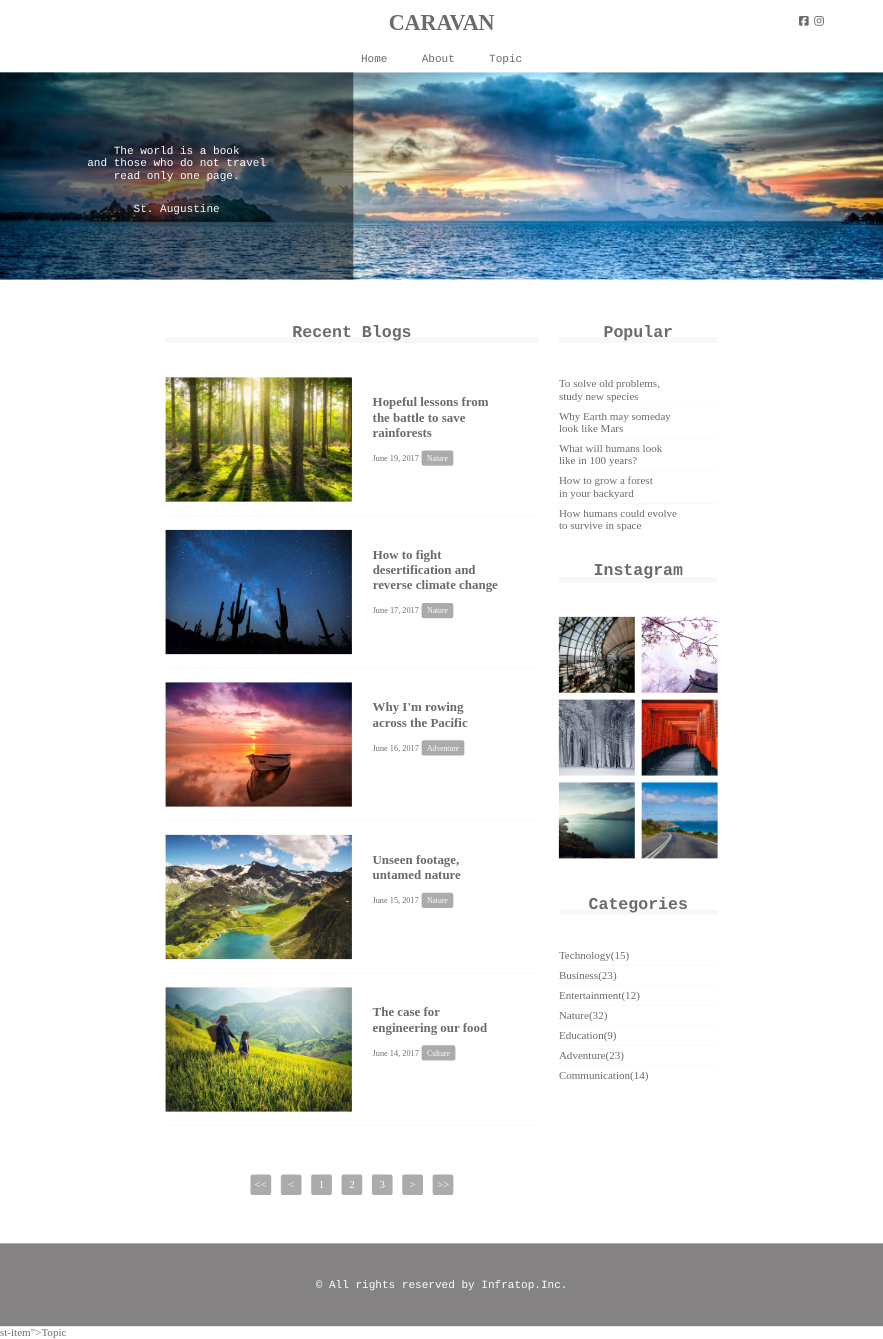
Repository: ayakodesu/html-practice
Page: caravan/index.html
The author's editor kept a record of every edit. The page is drawn from the files as they stood at one moment, then again after the next edit.
The browser window is 1280 px wide. The pictures show the whole page, at 69% of full size.
Some web libraries are served in a nearby version.

Above is the page before.

### caravan/index.html
<!DOCTYPE html>
<html lang="ja">
  <head>
    <meta charset="UTF-8" />
    <!-- CSSファイルの読み込み -->
    <script src="https://kit.fontawesome.com/c4250438e1.js" crossorigin="anonymous"></script>
    <link rel="stylesheet" href="style.css" />
    <title>CARAVAN</title>
  </head>

  <body>
    <!-- header -->
    <header>
      <h1 class="heading">
        <a href="index.html">
          CARAVAN
        </a>
      </h1>

      <div class="social">

       <li class="fab fa-facebook-square"></li>

       <li class="fab fa-twitter-swuare"></li>

       <li class="fab fa-instagram"></li>

      </div>
    </header>

    <!-- navigation -->
    <nav>
      <ul class="nav-list">
        <li class="nav-list-item">
          <a href="index.html">Home</a>
        </li>
        <li class="nav-list-item">About</li>
        <li class="nav-list-item">Topic</li>
      </ul>
    </nav>

    <!-- main-visual用のdiv -->
    <div class="main-visual">
      <div class="main-visual-content">
        <p class="main-visual-text">
          The world is a book<br />
          and those who do not travel<br />
          read only one page.
        </p>
        <p class="main-visual-name">
          St. Augustine
        </p>
      </div>
    </div>

    <!-- main用のdiv -->
    <main>
      <section class="blog">
        <h2 class="blog-heading">Recent Blogs</h2>
        <div class="blog-box">
          <div class="blog-item">
            <img class="blog-image" src="img/forest.jpg" />
            <section class="blog-text">
              <h3 class="blog-text-heading">
                <a href="single.html">
                  Hopeful lessons from<br />
                  the battle to save<br />
                  rainforests
                </a>
              </h3>
              <p class="blog-date">June 19, 2017</p>
              <span class="category">Nature</span>
            </section>
          </div>
          <div class="blog-item">
            <img class="blog-image" src="img/desert.jpg" />
            <section class="blog-text">
              <h3 class="blog-text-heading">
                <a href="single.html">
                  How to fight<br />
                  desertification and<br />
                  reverse climate change
                </a>
              </h3>
              <p class="blog-date">June 17, 2017</p>
              <span class="category">Nature</span>
            </section>
          </div>
          <div class="blog-item">
            <img class="blog-image" src="img/sunset.jpg" />
            <section class="blog-text">
              <h3 class="blog-text-heading">
                <a href="single.html">
                  Why I'm rowing<br />
                  across the Pacific
                </a>
              </h3>
              <p class="blog-date">June 16, 2017</p>
              <span class="category">Adventure</span>
            </section>
          </div>
          <div class="blog-item">
            <img class="blog-image" src="img/italy.jpg" />
            <section class="blog-text">
              <h3 class="blog-text-heading">
                <a href="single.html">
                  Unseen footage,<br />
                  untamed nature
                </a>
              </h3>
              <p class="blog-date">June 15, 2017</p>
              <span class="category">Nature</span>
            </section>
          </div>
          <div class="blog-item">
            <img class="blog-image" src="img/asia.jpg" />
            <section class="blog-text">
              <h3 class="blog-text-heading">
                <a href="single.html">
                  The case for<br />
                  engineering our food
                </a>
              </h3>
              <p class="blog-date">June 14, 2017</p>
              <span class="category">Culture</span>
            </section>
          </div>
        </div>
        <div class="pagination">
          <p><<</p>
          <p><</p>
          <p>1</p>
          <p>2</p>
          <p>3</p>
          <p>></p>
          <p>>></p>
        </div>      </section>
      <div class="sidebar">
        <section class="popular">
          <h2 class="popular-heading common-heading">Popular</h2>
          <div class="sidebar-contents">
            <p class="popular-text">
              To solve old problems,<br />study new species
            </p>
            <p class="popular-text">
              Why Earth may someday<br />look like Mars
            </p>
            <p class="popular-text">
              What will humans look<br />like in 100 years?
            </p>
            <p class="popular-text">
              How to grow a forest<br />in your backyard
            </p>
            <p class="popular-text">
              How humans could evolve<br />to survive in space
            </p>
          </div>
        </section>
        <section class="instagram">
          <h2 class="instagram-heading common-heading">Instagram</h2>
          <div class="sidebar-contents">
            <div class="instagram-box"></div>
            <div class="instagram-box"></div>
            <div class="instagram-box"></div>
            <div class="instagram-box"></div>
            <div class="instagram-box"></div>
            <div class="instagram-box"></div>
          </div>
        </section>
        <section class="categories">
          <h2 class="categories-heading common-heading">Categories</h2>
          <div class="sidebar-contents">
            <p class="categories-text">Technology(15)</p>
            <p class="categories-text">Business(23)</p>
            <p class="categories-text">Entertainment(12)</p>
            <p class="categories-text">Nature(32)</p>
            <p class="categories-text">Education(9)</p>
            <p class="categories-text">Adventure(23)</p>
            <p class="categories-text">Communication(14)</p>
          </div>
        </section>
      </div>
    </main>

    <!-- footer -->
    <footer>
      <p class="footer-text">© All rights reserved by Infratop.Inc.</p>
    </footer>
  </body>
</html>st-item">Topic</li>
      </ul>
    </nav>

### caravan/style.css
/* ブラウザがそれぞれ持っているCSSをリセットするための記述 */
* {
  margin: 0;
  padding: 0;
  box-sizing: border-box;
  color: #6c6b6b;
}

a {
  text-decoration: none;
}

hheader, nav, h2, .main-visual, footer {
  font-family: Chalkduster, "Bradley Hand", Courier, "Segoe Print", sans-serif;
}

header {
  width: 90%; /* 横幅90% */
  padding: 15px 0;
  margin: 0 auto;
  text-align: center;
}


header {
  position: relative;
}
.social {
  position: absolute;
  top: 22px;
  right: 22px;
}

.social i {
  display: inline-block;
  margin-left: 32px;
}


header .heading {
  /* headerタグ内のheadingクラスにのみ反映される */
  font-size: 32px;
}

.nav-list {
  text-align: center;
  padding: 10px 0;
  margin: 0 auto;
}

.nav-list-item {
  list-style: none;
  display: inline-block;
  margin: 0 20px;
}

.main-visual {
  width: 100%; /* 横幅いっぱい */
  height: 300px; /* 高さ300px */
  background-image: url(img/mv.jpg);
  background-size: cover; /* 縦横比を維持したまま背景領域を埋め尽くす */
  background-position: center; /* 背景画像を中央に配置 */
}

.main-visual-content {
  width: 40%; /* 横幅40% */
  height: 300px; /* 親の高さに揃える */
  background-color: rgba(0, 0, 0, 0.5); /* 背景色を半透明の黒にする */
  text-align: center; /* 文字を中央揃えにする */
  padding-top: 105px; /* 上側の内側余白で垂直方向の位置を調整 */
}

.main-visual-text {
  color: #fff; /* 文字色を白に変更 */
}

.main-visual-name {
  margin-top: 30px; /* 上側の外側の余白 */
  color: #fff; /* 文字色を白に変更 */
}

main {
  width: 800px; /* 横幅800px */
  display: flex; /* Flexboxの利用 */
  justify-content: center; /* 要素の横並び・中央寄せ */
  margin: 0 auto; /* 要素の中央揃え */
  padding: 70px 0; /* 上下に70px、左右に0pxの内側余白 */
}

.blog {
  width: 540px;
  margin-right: 30px; /* 領域の右側余白 */
}

.blog-heading {
  border-bottom: 8px solid #f7f7f7;
  text-align: center;
  line-height: 0.6;
}

.blog-box {
  padding-top: 50px;
}

.blog-item {
  padding-bottom: 20px;
  margin-bottom: 20px;
  border-bottom: 1px solid #f7f7f7;
  display: flex;
  justify-content: flex-start;
}

.blog-image {
  height: 180px;
}

.blog-text {
  padding: 25px 0 0 30px;
}

.blog-text-heading {
  padding-bottom: 15px;
}

.blog-date {
  font-size: 12px;
  display: inline-block;
}

.category {
  display: inline-block;
  padding: 5px 8px;
  background-color: #acabab;
  border-radius: 3px;
  color: #fff;
  font-size: 11px;
}

.pagination {
  text-align: center;
  padding-top: 50px;
}

.pagination p {
  display: inline-block;
  width: 30px;
  height: 30px;
  margin: 0 5px;
  color: #fff;
  background-color: #acabab;
  border-radius: 3px;
  line-height: 30px;
}

.sidebar {
  width: 230px;
}

.common-heading {
  border-bottom: 8px solid #f7f7f7;
  text-align: center;
  line-height: 0.6;
}

.sidebar-contents {
  padding: 50px 0;
}

.popular-text,
.categories-text {
  padding-bottom: 5px;
  border-bottom: 1px solid #f7f7f7;
  margin-bottom: 5px;
}

.popular-text:last-child,
.categories-text:last-child {
  margin: 0;
  padding: 0;
  border: none;
}

.instagram .sidebar-contents {
  display: flex;
  flex-wrap: wrap;
}

.instagram-box {
  width: 110px;
  padding-top: 110px;
  background-size: cover;
  background-position: center;
  margin-bottom: 10px;
}

.instagram-box:nth-child(odd) {
  margin-right: 10px;
}

.instagram-box:nth-child(1) {
  background-image: url(img/airport.jpg);
}

.instagram-box:nth-child(2) {
  background-image: url(img/japan.jpg);
}

.instagram-box:nth-child(3) {
  background-image: url(img/snow.jpg);
}

.instagram-box:nth-child(4) {
  background-image: url(img/japan2.jpg);
}

.instagram-box:nth-child(5) {
  background-image: url(img/lake.jpg);
}

.instagram-box:nth-child(6) {
  background-image: url(img/road.jpg);
}

footer {
  width: 100%;
  height: 120px;
  text-align: center;
  line-height: 120px;
  background-color: #848282;
}

.footer-text {
  color: #fff;
}

After the next edit:
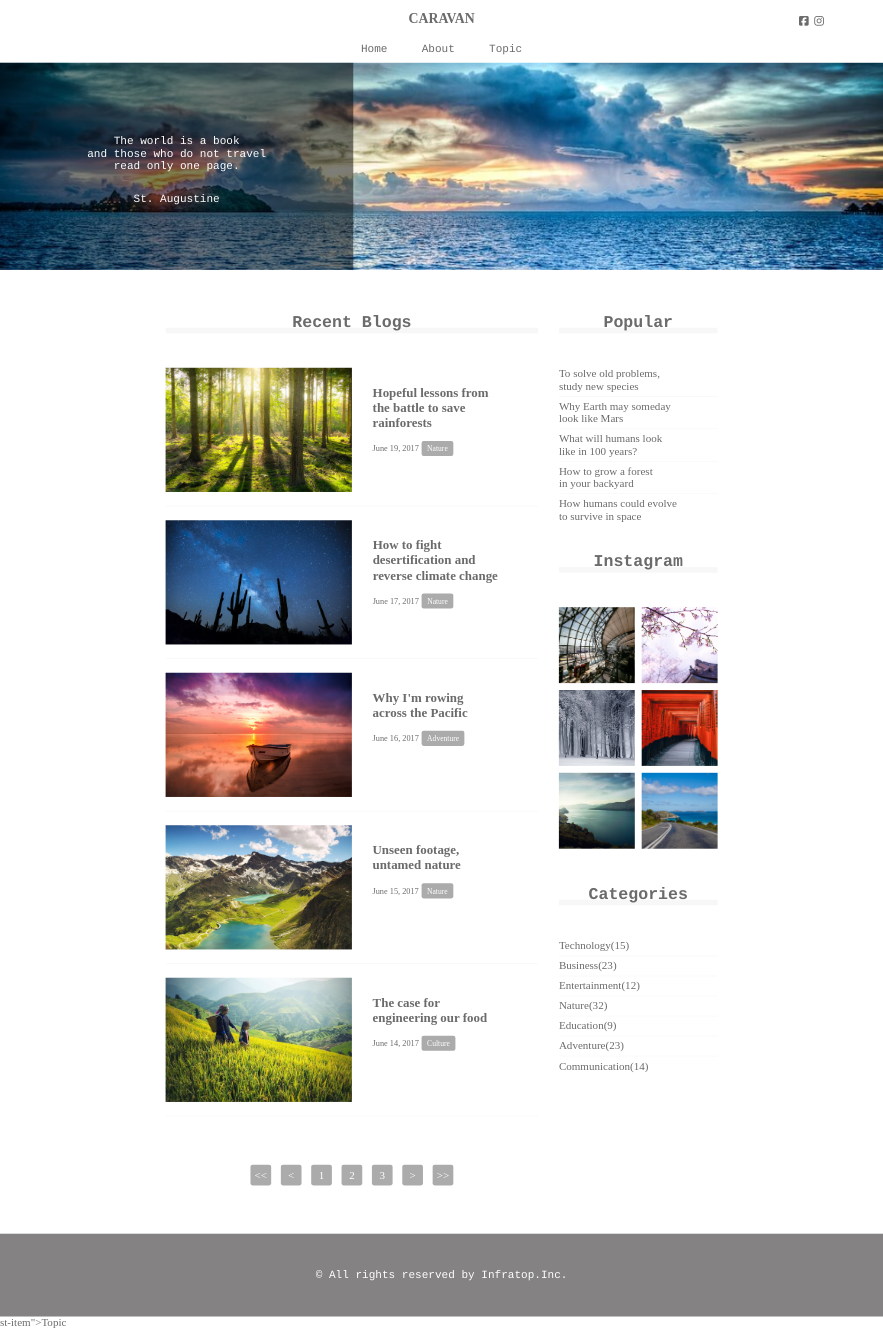
The edit:
--- a/caravan/style.css
+++ b/caravan/style.css
@@ -39,7 +39,7 @@
 
 header .heading {
   /* headerタグ内のheadingクラスにのみ反映される */
-  font-size: 32px;
+  font-size: 20px;
 }
 
 .nav-list {
